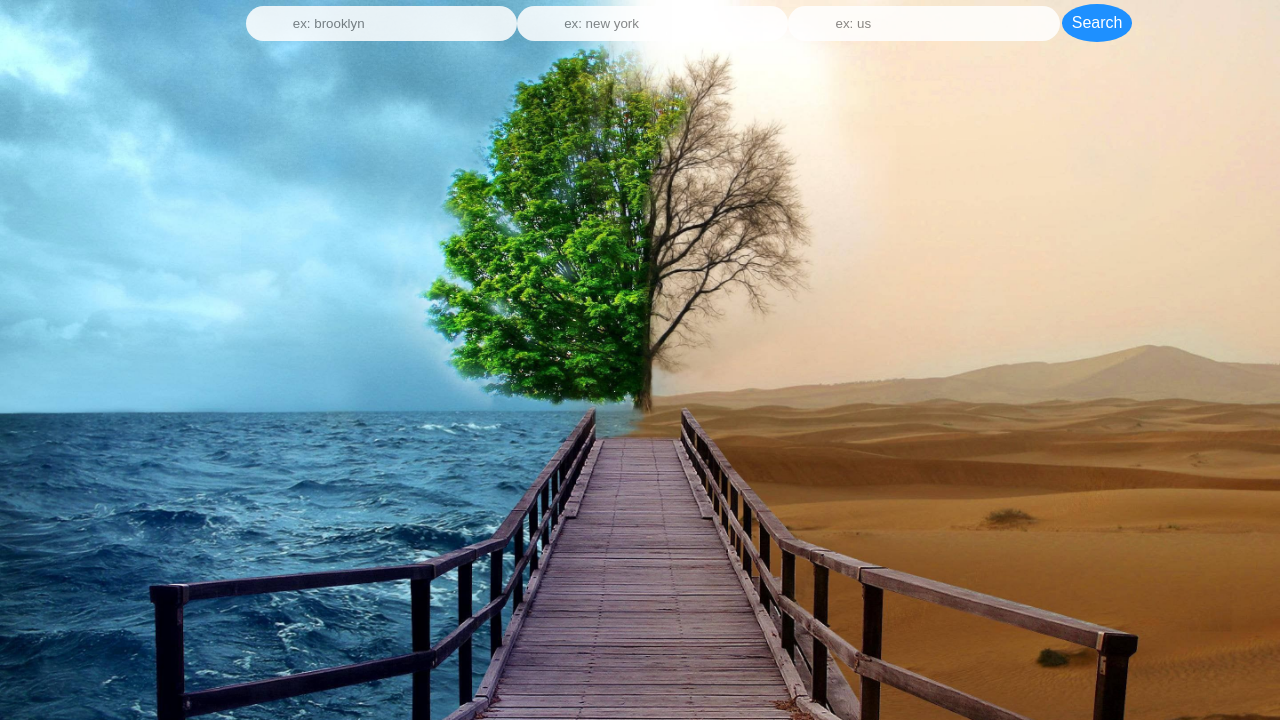
Repository: Mohsin231/Weather_App
Page: /
The author's editor kept a copy of each file at every save. The page is drawn from the files as they stood at one save, then again after the next save.
The browser window is 1280 px wide. The pictures show the whole page.
The project was rebuilt for these pictures with package versions that can differ from the ones it lists, and the page was loaded fresh each time.

Above is the page before, as saved 2021-01-25 05:03:53.

### src/App.js
import React, { useState } from 'react'
import Weather from './Components/Weather'
import WeatherDetails from './Components/WeatherDetails'
import SearchForm from './Components/SearchForm'
import { Route } from 'react-router-dom';
import './App.css';

function App() {

  const [data, setData] = useState({
    city:"",
    state:"",
    country:""
  })

  //weather.js data
  const [weatherData, setWeatherData] = useState(null);
  //weatherDetails data
  const [weatherDetails, setWeatherDetails] = useState(null);

  //displays weather.js data
  function handleChange(event) {
    setData({...data, [event.target.id]:event.target.value})
    console.log(data)
    }

  return (
    <>
    <div className="App">
      <SearchForm
      handleChange={handleChange}
      data={data}
      setData={setData}
      setWeatherData={setWeatherData}
      setWeatherDetails={setWeatherDetails}
      />

<Route path="/" exact component={() => <Weather data={data} setData={setData} weatherData={weatherData}  />} />
<Route path="/" exact component={() => <WeatherDetails data={data} setData={setData} weatherDetails={weatherDetails} />} />

    </div>
    </>

  );
}

export default App;

### src/Components/Weather.js
import React, { useState } from "react";
import WeatherDetails from "../Components/WeatherDetails";
import '../Weather.css';

const Weather = ({ data, setData, weatherData }) => {
  const [action, setAction] = useState("");

  return (
      <div className="main">

        {weatherData &&
        (
          <div className="city-container">

            <div className="city">
            <h2 className="city-name">
              <span>{weatherData.name}, {weatherData.sys.country}</span>
            </h2>

            <div className="city-temp">
              {Math.round(weatherData.main.temp)}
              <sup>&deg;F</sup>
            </div>

            <div className="icon">
              <img className="city-icon" src={`https://openweathermap.org/img/wn/${weatherData.weather[0].icon}@2x.png`} alt={weatherData.weather[0].description} />
              <p>{weatherData.weather[0].description}</p>
            </div>
            </div>

            <button onClick = {() => {setAction("moreDetails")}} id="moreDetails">Show more details...</button>
            </div>

)
}
      {
        action === "moreDetails"
        &&
        <WeatherDetails/>
      }
      </div>

    );
}

export default Weather;




// {weatherData && (
//   <div className="city"
//   <h2 className="city">
//     <span>{weatherData.name}, {weatherData.sys.country}</span>
//   </h2>

// <div className="city-temp">
//   {Math.round(weatherData.main.temp)}
//   <sup>&deg;F</sup>
// </div>

// <div className="city-icon">
// <img className="weather-icon" src={`http://openweathermap.org/img/wn/${weatherData.weather[0].icon}@2x.png`} alt={weatherData.weather[0].description} />
// <p>{weatherData.weather[0].description}</p>
// </div>

// </div>

// )}

// </div>
// </>

### src/Components/WeatherDetails.js
import React from "react";
import '../WeatherDetails.css';

//displays details of weather
const WeatherDetails = ({data, setData, weatherDetails }) => {

  return (
    <div className="main">

      {weatherDetails &&
      (
        <div className="moreInfo">
          <h2>Feels Like: {weatherDetails.main.feels_like}<sup>&deg;F</sup></h2>
          <h2>Min: {weatherDetails.main.temp_min}<sup>&deg;F</sup> - Max: {weatherDetails.main.temp_max}<sup>&deg;F</sup></h2>
          <h2>Humidity: {weatherDetails.main.humidity}%</h2>
          <h2>Wind Speed: {weatherDetails.wind.speed} mph</h2>
          </div>

)
}

    </div>

  );
}

export default WeatherDetails;

### src/Components/SearchForm.js
import React, {useEffect} from 'react';
import '../SearchForm.css';

  function SearchForm({handleChange, data, setData, setWeatherData, setWeatherDetails }) {

    const getData = () => {

      let url = `http://api.openweathermap.org/data/2.5/weather?q=${data.city},${data.state},${data.country}&units=imperial&appid=${process.env.REACT_APP_ONEDAY}`

    fetch(url)
      .then(res => res.json())
      .then(res => {
        console.log(res)
        setWeatherData(res);
        setWeatherDetails(res)
      })
      .catch(err => {
        console.error(err);
      });}

  function handleSubmit(event) {
    event.preventDefault();
    getData();
  }

    return (
      <form onSubmit={handleSubmit} className="searchForm">
        <input
          className="search"
          id="city"
          placeholder="ex: brooklyn"
          type="text"
          name="searchString"
          required
          onChange={handleChange}
          value={data.city}
        />
        <input
          className="search"
          id="state"
          placeholder="ex: new york"
          type="text"
          name="searchString"
          required
          onChange={handleChange}
          value={data.state}
        />
        <input
          className="search"
          id="country"
          placeholder="ex: us"
          type="text"
          name="searchString"
          required
          onChange={handleChange}
          value={data.country}
        />
        <button className="button">Search</button>
      </form>
    );
  }
  export default SearchForm;

### src/App.css
.App {
  text-align: center;

}

body {
  background: url("./images/weatherBackground.jpg");
  background-size: cover;
  background-repeat: no-repeat;
}

### src/Weather.css
.main {
    height: 100%;
    display: flex;
    justify-content: center;
    align-items: center;
    flex-direction: column;

  }

.city {
    padding: 50px;
    border-radius: 25px;
    background: rgba(235, 230, 230, 0.85);
}

#moreDetails {
    margin-top: 100px;
    background-color: dodgerblue;
    border: none;
    color: white;
    padding: 10px;
    text-align: center;
    text-decoration: none;
    display: inline-block;
    font-size: 16px;
    margin: 4px 2px;

}

### src/WeatherDetails.css
.moreInfo {
    padding: 40px;
    border-radius: 25px;
    background: rgba(235, 230, 230, 0.85);
    font-size: 10px;
}
.main {
    height: 100%;
    display: flex;
    justify-content: center;
    align-items: center;
    flex-direction: column;
  }

### src/SearchForm.css
.search {
    outline: none;
    padding: 10px 4%;
    border-radius: 20px;
    border: none;
    margin-bottom: 5%;
    opacity: 0.85;

}
.button {
    background-color: dodgerblue;
    border: none;
    color: white;
    padding: 10px;
    text-align: center;
    text-decoration: none;
    display: inline-block;
    font-size: 16px;
    margin: 4px 2px;
    border-radius: 80%;
  }

  .searchForm{
    padding-left: 100px;
  }

Loaded but not shown: public/index.html (common file); src/index.js (common file); src/index.css (common file); src/reportWebVitals.js (common file)

After the next save:
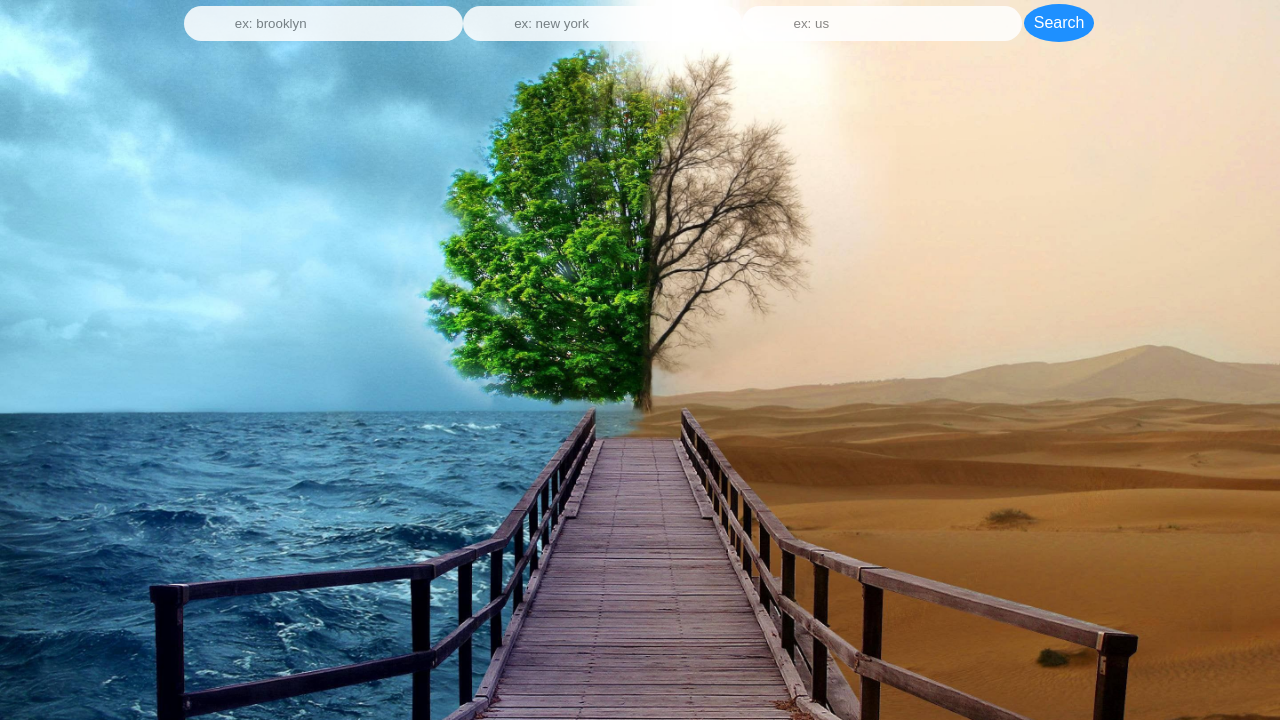
Saved 24 s later.
--- a/src/SearchForm.css
+++ b/src/SearchForm.css
@@ -21,5 +21,5 @@
   }
 
   .searchForm{
-    padding-left: 100px;
+
   }
